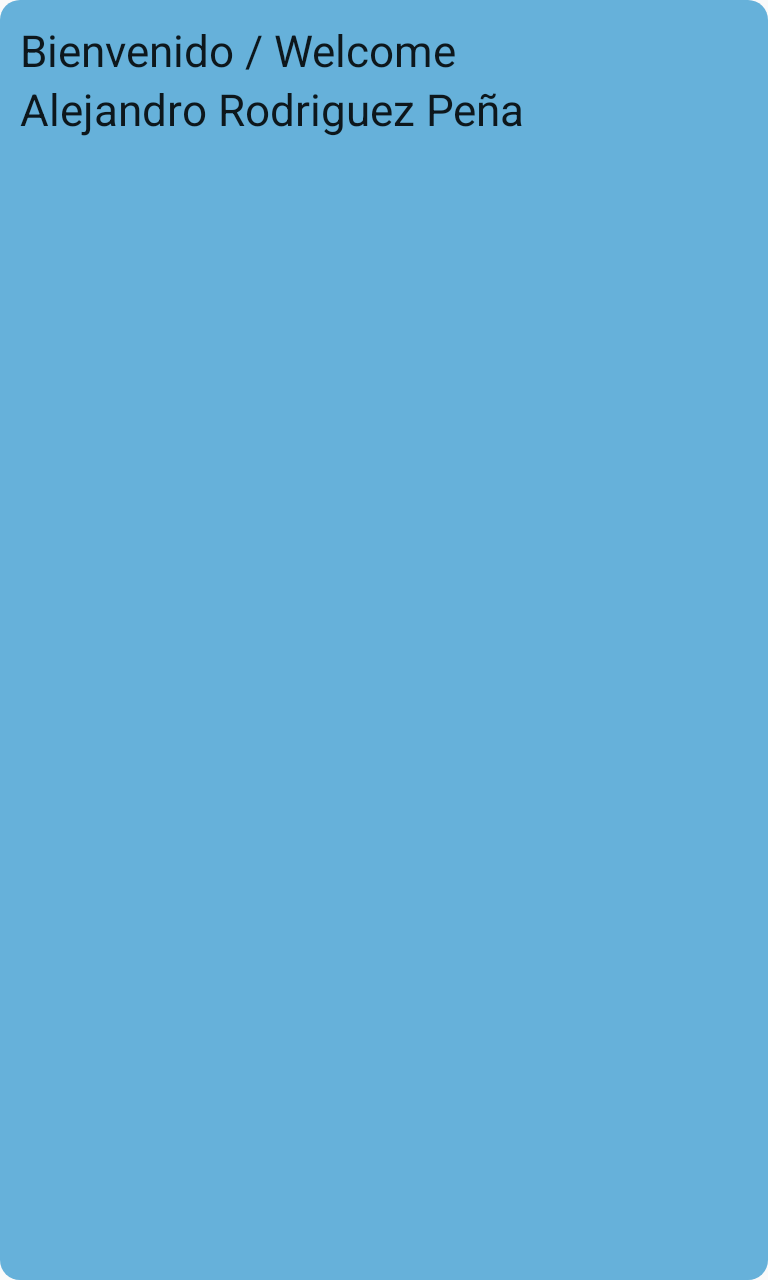
Repository: arodriguezp2003/aqandroid
Layout: Validador/res/layout/alerta_exitosa.xml
An editor plug-in stored every save of this project. The layout is shown before and after the next save, followed by the edit.
It is drawn on a 768 x 1280 px phone screen (xhdpi) without system bars, with theme AppTheme; the app's code is not run.

Above is the layout before, as saved 2014-07-10 16:22:01.

After the next save:
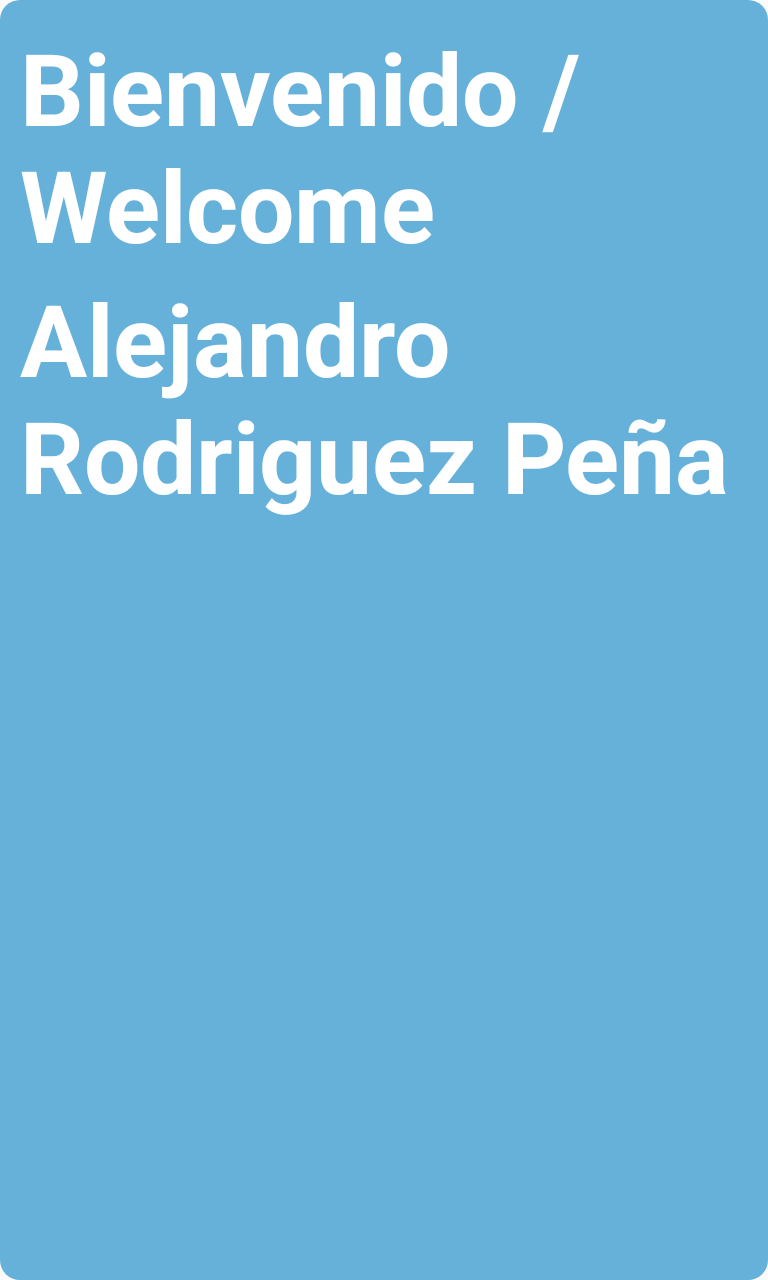
Saved 3 min 32 s later.
--- a/Validador/res/layout/alerta_exitosa.xml
+++ b/Validador/res/layout/alerta_exitosa.xml
@@ -12,13 +12,17 @@
         android:layout_width="wrap_content"
         android:layout_height="wrap_content"
         android:text="Bienvenido / Welcome"
-        android:textAppearance="?android:attr/textAppearanceLarge" />
+        android:textStyle="bold"
+        android:textColor="#FFFFFF"
+        android:textSize="50dp" />
 
     <TextView
         android:id="@+id/aeName"
         android:layout_width="wrap_content"
         android:layout_height="wrap_content"
         android:text="Alejandro Rodriguez Peña"
-        android:textAppearance="?android:attr/textAppearanceLarge" />
+        android:textStyle="bold"
+        android:textColor="#FFFFFF"
+        android:textSize="50dp"/>
 
 </LinearLayout>
